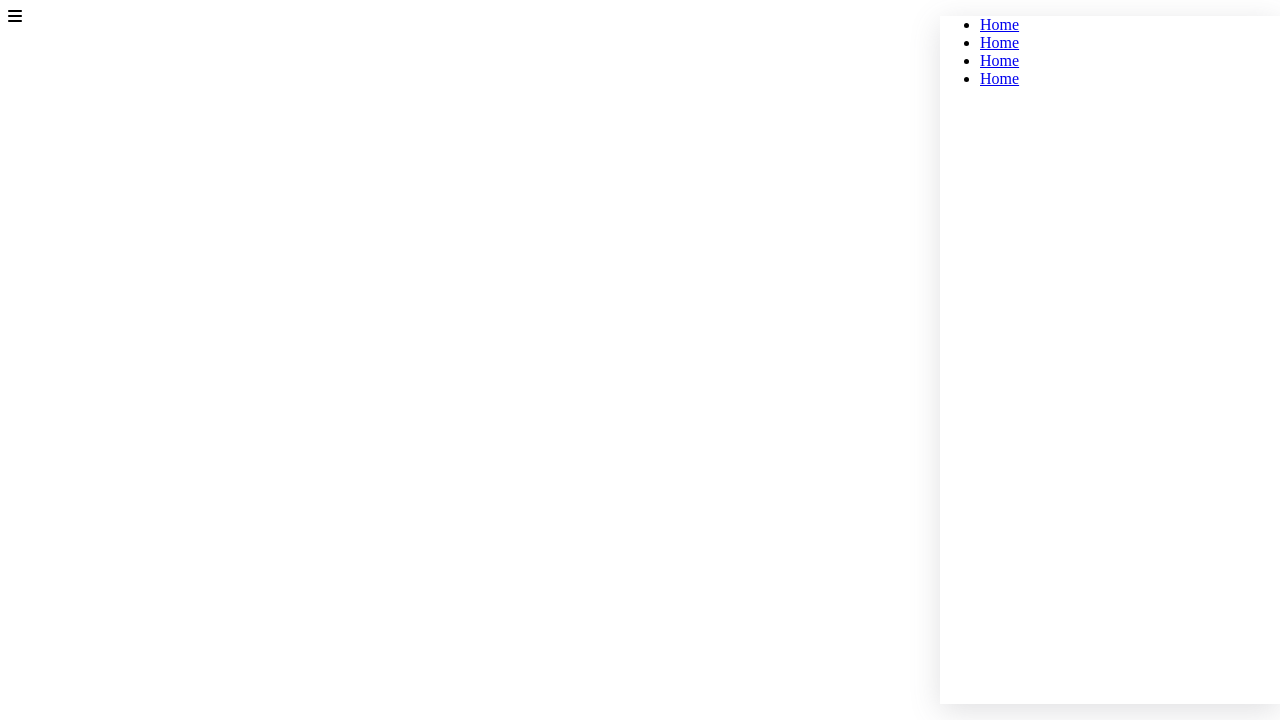
Repository: tungts3qb/Javascript
Page: toggle.html
These files come from the project's save history. The page is drawn as it stood at one moment and after the next save; the edit follows.
The browser window is 1280 px wide. The pictures show the whole page.

Above is the page before, as saved 2022-12-23 01:04:28.

After the next save:
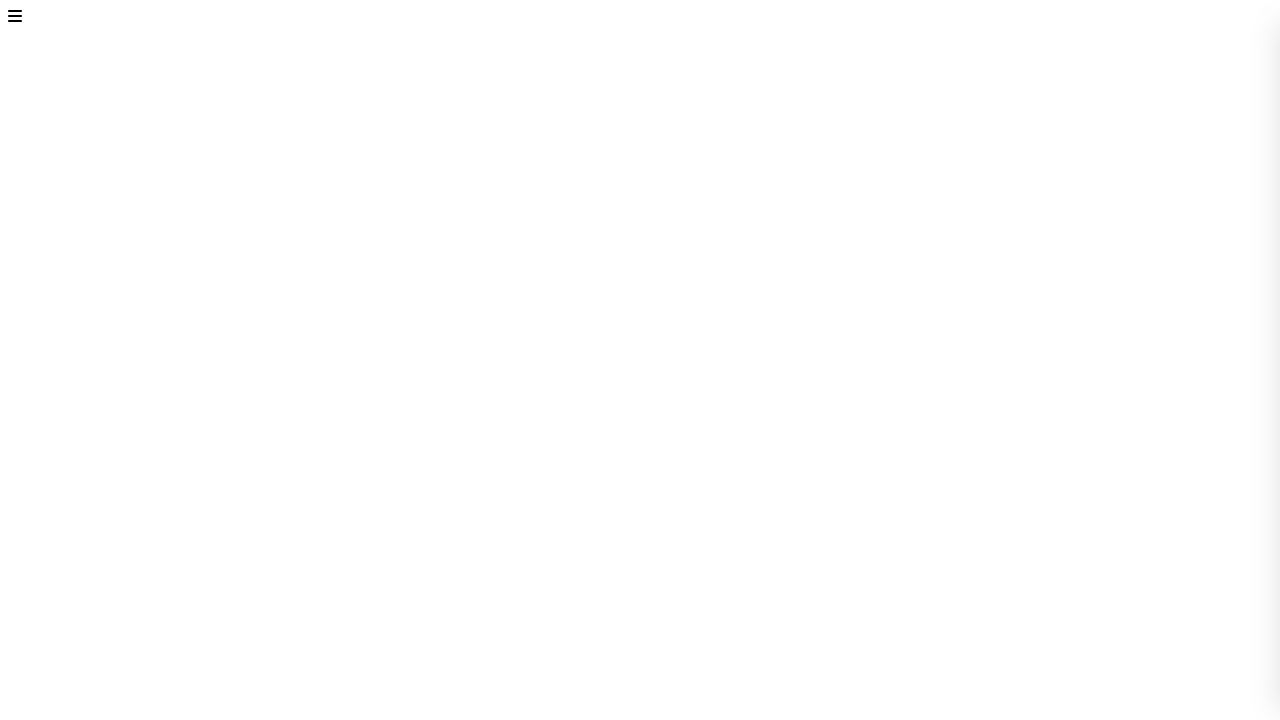
Saved 44 s later.
--- a/style.css
+++ b/style.css
@@ -27,4 +27,7 @@
   right: 0;
   bottom: 0;
   box-shadow: rgba(100, 100, 111, 0.2) 0px 7px 29px 0px;
+  list-style: none;
+  transform: translateX(100%);
+  transition: transform 0.25s linear;
 }

After the save that followed:
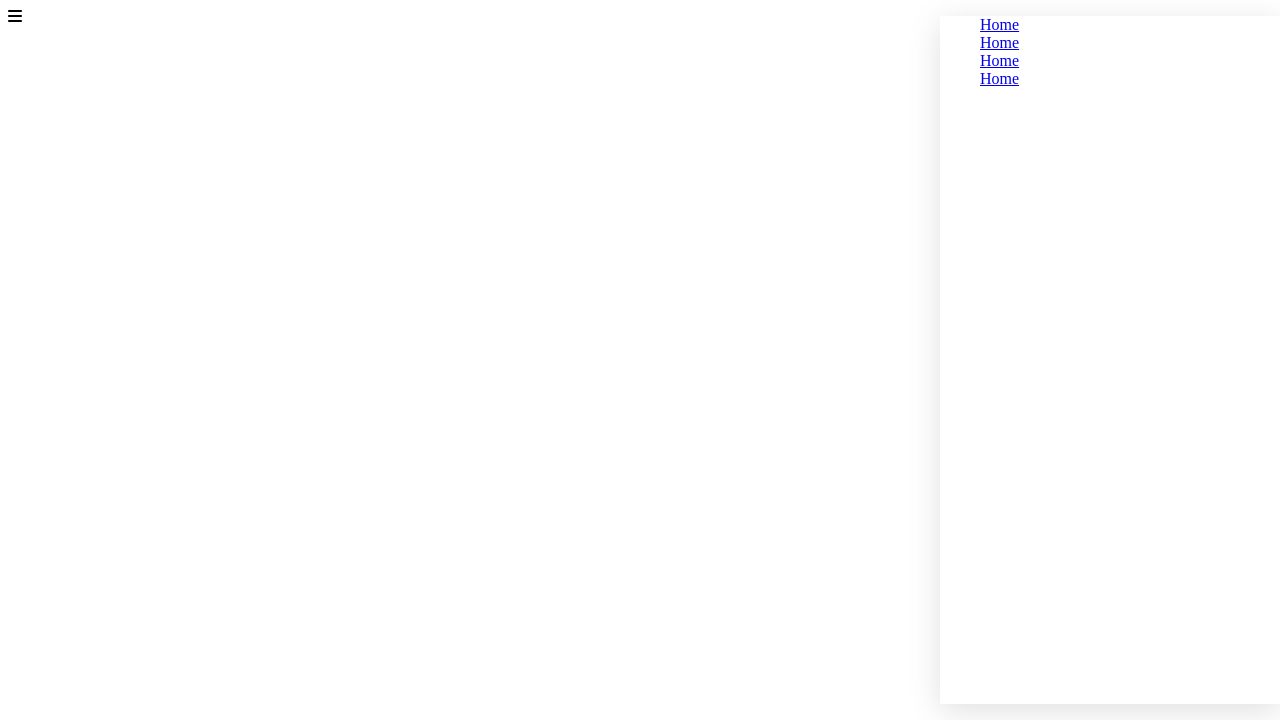
Saved 13 s later.
--- a/style.css
+++ b/style.css
@@ -28,6 +28,6 @@
   bottom: 0;
   box-shadow: rgba(100, 100, 111, 0.2) 0px 7px 29px 0px;
   list-style: none;
-  transform: translateX(100%);
+  transform: translateX(0%);
   transition: transform 0.25s linear;
 }
